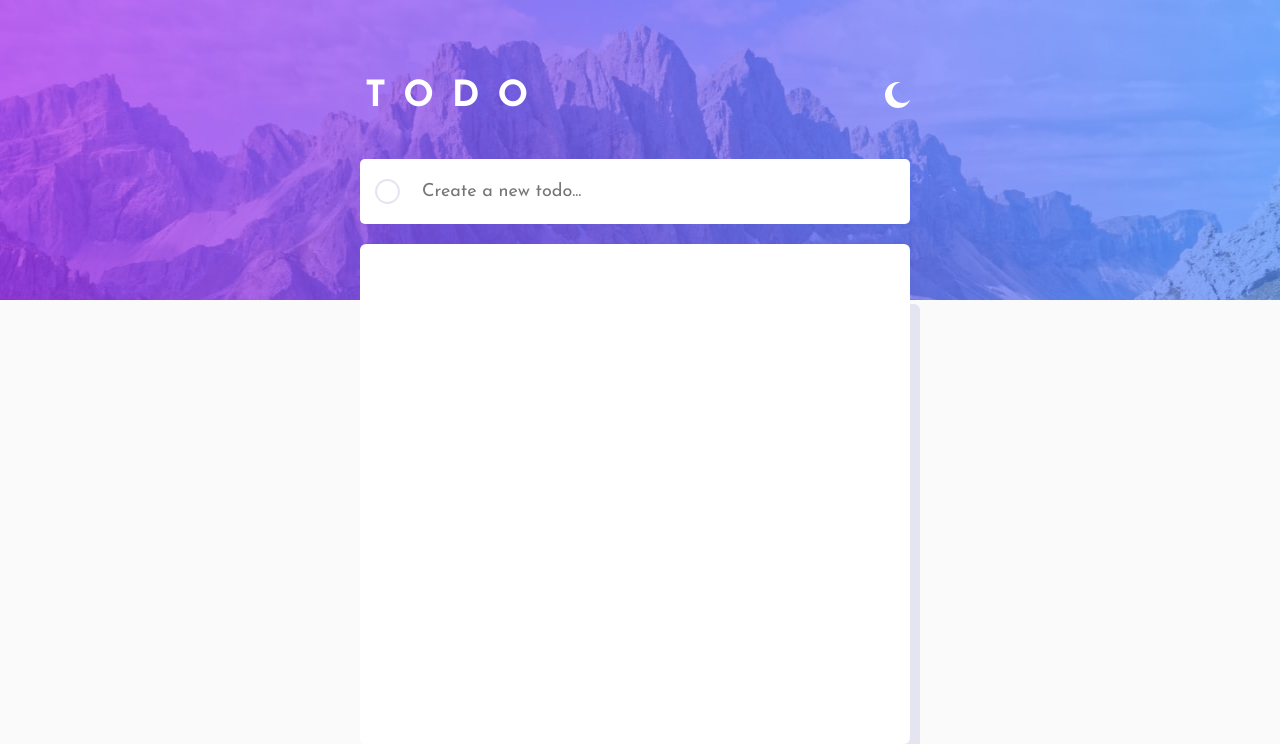
Repository: Haviles04/todoapp
Page: /
An editor plug-in stored every save of this project. The page is shown before and after the next save, followed by the edit.
The browser window is 1280 px wide. The pictures show the whole page.
The project was rebuilt for these pictures with package versions that can differ from the ones it lists, and the page was loaded fresh each time.

Above is the page before, as saved 2022-10-17 20:12:29.

After the next save:
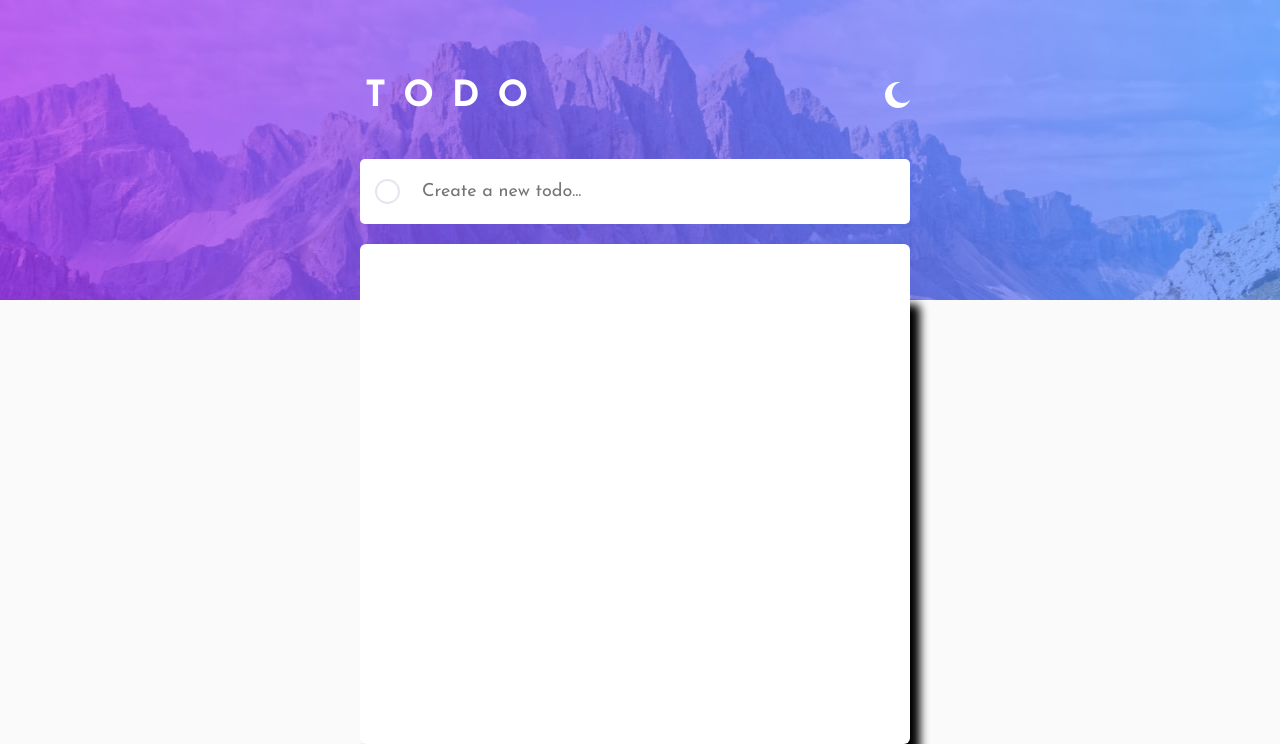
Saved 4 s later.
--- a/src/components/taskDisplay/taskDisplay.css
+++ b/src/components/taskDisplay/taskDisplay.css
@@ -4,5 +4,5 @@
     height: 500px;
     background-color: white;
     border-radius: 6px;
-    box-shadow: 10px 60px  hsl(236, 33%, 92%);
+    box-shadow: 10px 60px 10px;  hsl(236, 33%, 92%);
 }

After the save that followed:
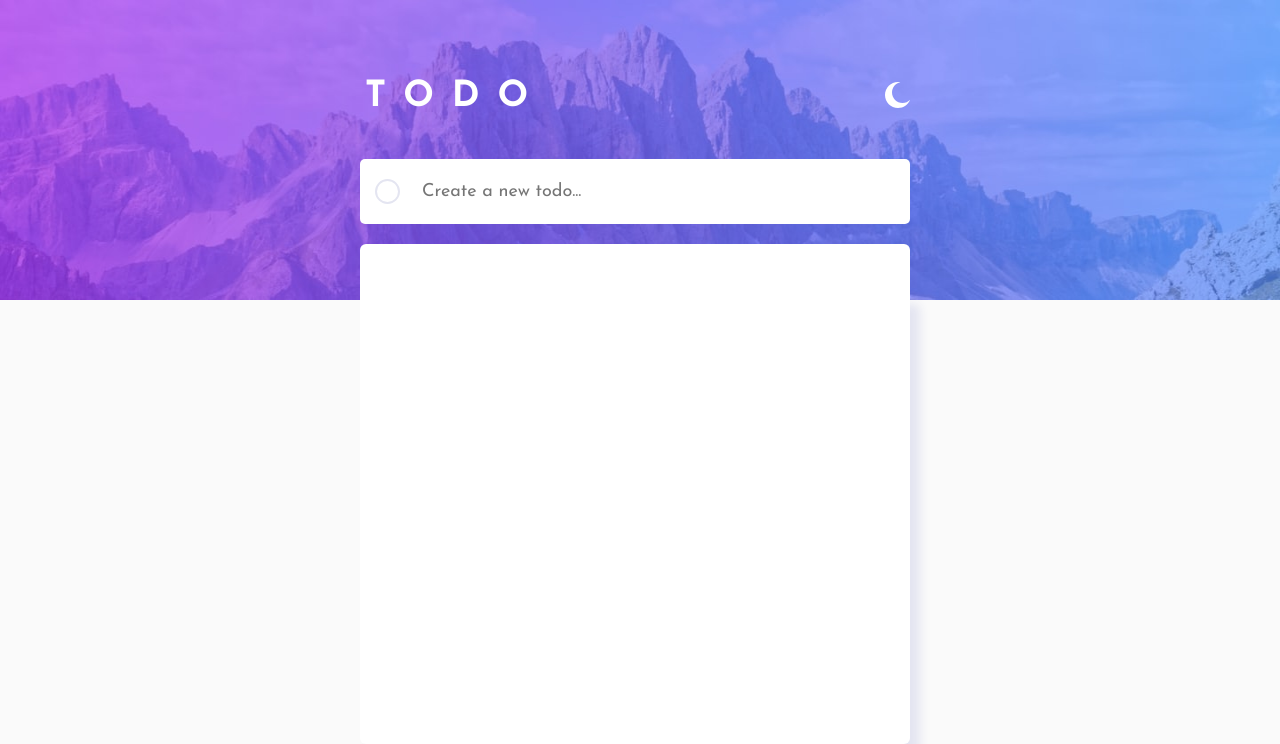
Saved 8 s later.
--- a/src/components/taskDisplay/taskDisplay.css
+++ b/src/components/taskDisplay/taskDisplay.css
@@ -4,5 +4,5 @@
     height: 500px;
     background-color: white;
     border-radius: 6px;
-    box-shadow: 10px 60px 10px;  hsl(236, 33%, 92%);
+    box-shadow: 10px 60px 10px hsl(236, 33%, 92%);
 }
